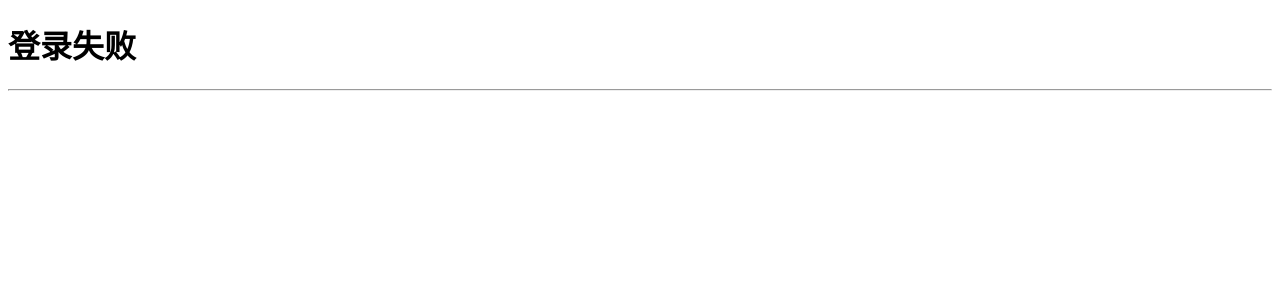
Repository: DFmoon/Servlet
Page: http://localhost/Exercise/5_config.jsp
The author's editor kept a copy of each file at every save. The page is drawn from the files as they stood at one save, then again after the next save.
The browser window is 1280 px wide. The pictures show the whole page.
The page is served by Tomcat 9. Other server files are loaded and not shown.

Above is the page before, as saved 2018-08-17 12:58:42.

### Exercise/WebContent/5_config.jsp
<%@ page language="java" contentType="text/html; charset=utf-8"%>
<!DOCTYPE html PUBLIC "-//W3C//DTD HTML 4.01 Transitional//EN" "http://www.w3.org/TR/html4/loose.dtd">
<html>
<head>
<meta http-equiv="Content-Type" content="text/html; charset=utf-8">
<title>login_fail</title>
</head>
<body>
	<h1>登录失败</h1>
	<hr>

</body>
</html>

After the next save:
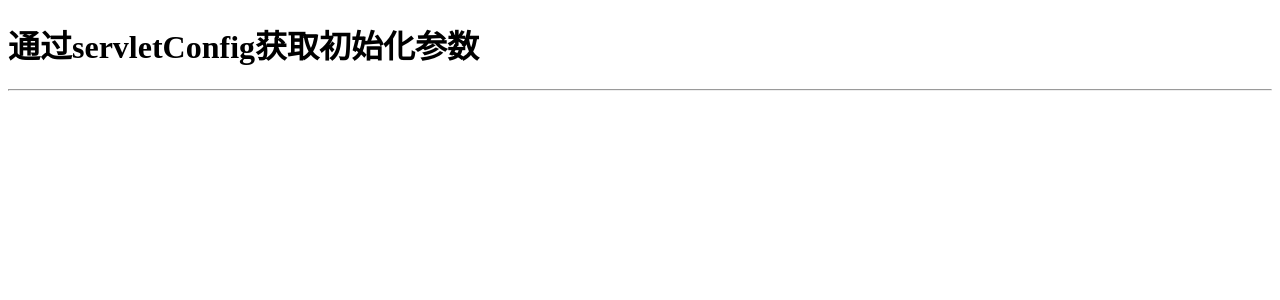
Saved 41 h 45 min later.
--- a/Exercise/WebContent/5_config.jsp
+++ b/Exercise/WebContent/5_config.jsp
@@ -3,10 +3,10 @@
 <html>
 <head>
 <meta http-equiv="Content-Type" content="text/html; charset=utf-8">
-<title>login_fail</title>
+<title>config</title>
 </head>
 <body>
-	<h1>登录失败</h1>
+	<h1>通过servletConfig获取初始化参数</h1>
 	<hr>
 
 </body>
